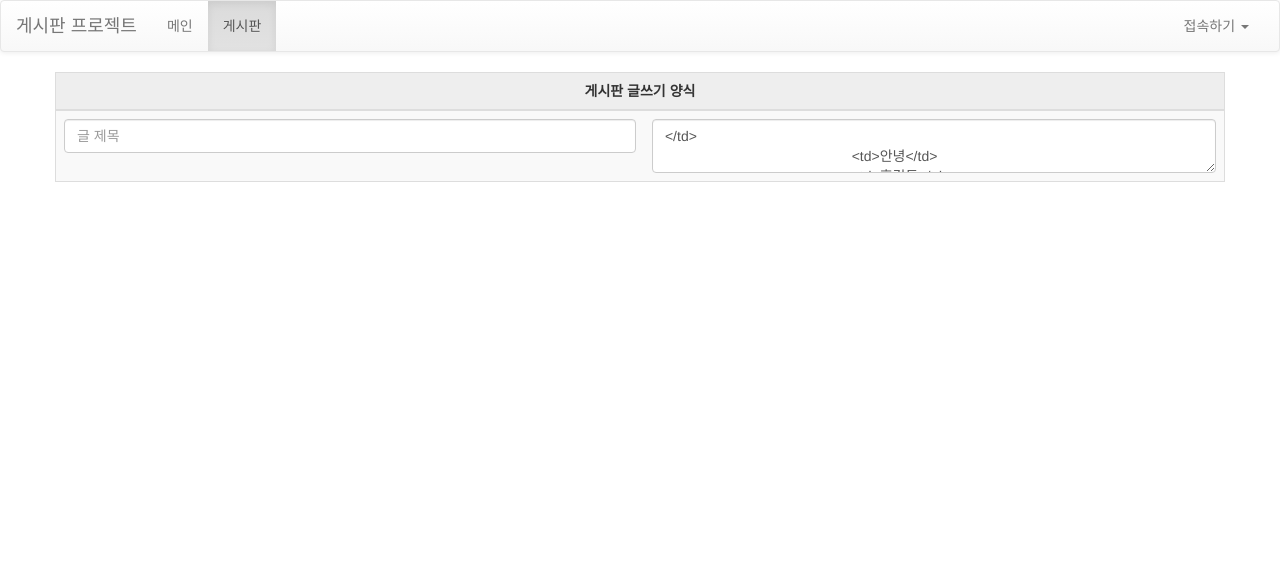
Repository: Seok7975/JSP-Education
Page: http://localhost/BBS/write.jsp
An editor plug-in stored every save of this project. The page is shown before and after the next save, followed by the edit.
The browser window is 1280 px wide. The pictures show the whole page.
Some web libraries are served in a nearby version. The page is served by Tomcat 9.

Above is the page before, as saved 2024-06-05 10:31:31.

After the next save:
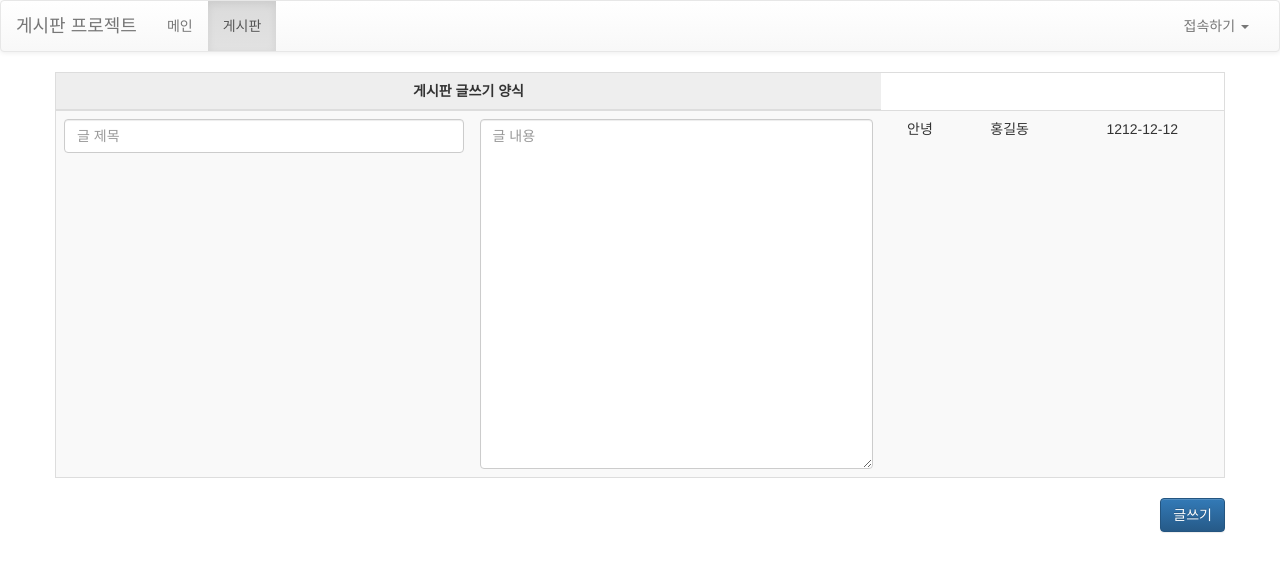
Saved 56 s later.
--- a/List_Projects/BBS/src/main/webapp/write.jsp
+++ b/List_Projects/BBS/src/main/webapp/write.jsp
@@ -81,7 +81,7 @@
 				<tbody>
 					<tr>
 						<td><input type="text" class="form-control" placeholder="글 제목" name="bbsTitle" maxlength="50"></td>
-						<td><textarea type="text" class="form-control" placeholder="글 내용" name="bbsContent" maxlength="50"></td>
+						<td><textarea type="text" class="form-control" placeholder="글 내용" name="bbsContent" maxlength="9999" style="height: 350px;"></textarea></td>
 						<td>안녕</td>
 						<td>홍길동</td>
 						<td>1212-12-12</td>
